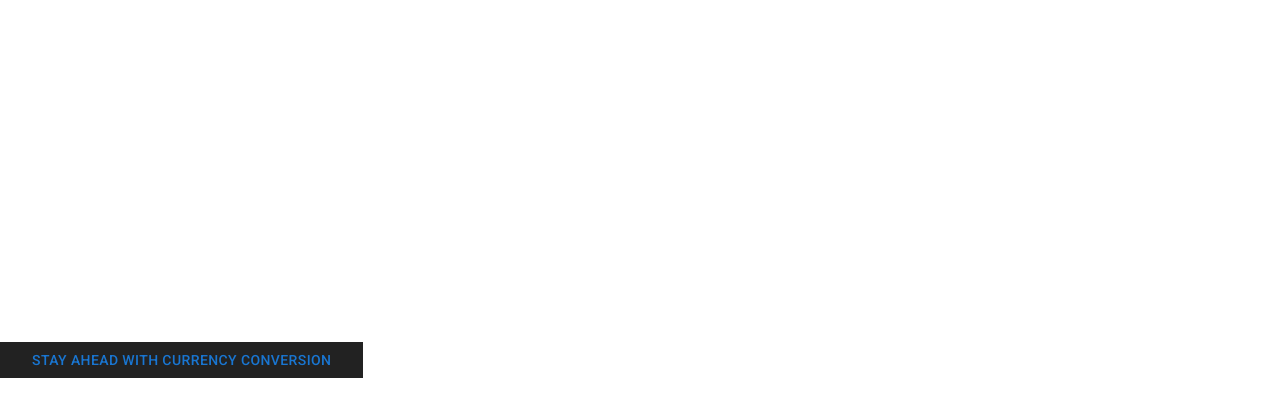
Repository: Asad-devv/CURRENCY
Page: /
The author's editor kept a copy of each file at every save. The page is drawn from the files as they stood at one save, then again after a run of saves.
The browser window is 1280 px wide. The pictures show the whole page.
The project was rebuilt for these pictures with package versions that can differ from the ones it lists, and the page was loaded fresh each time. Also part of the build but not shown: craco.config.js.

Above is the page before, as saved 2023-03-01 20:06:10.

After the next 2 saves:
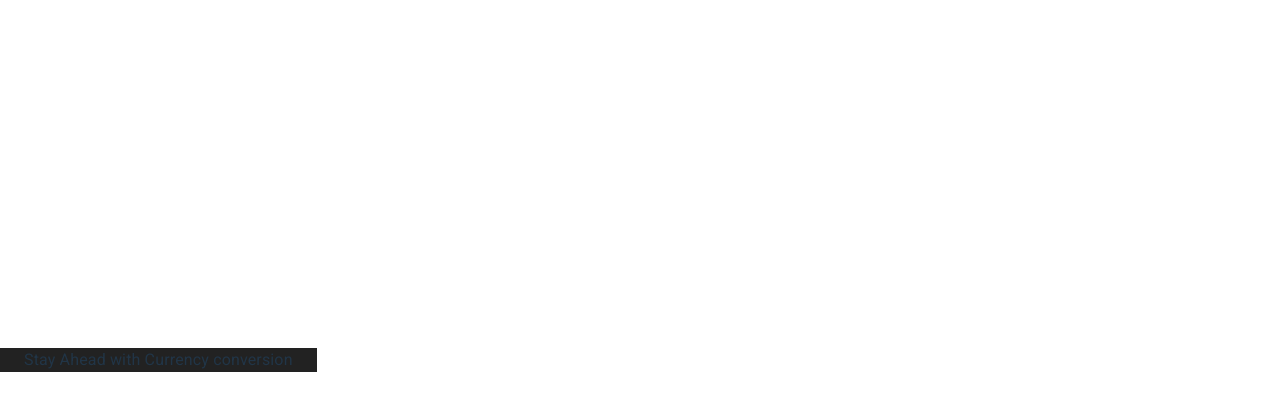
The 2 saves are shown as one change because 1 did not build or start.
The last was saved 14 s later.
--- a/src/App.jsx
+++ b/src/App.jsx
@@ -8,7 +8,7 @@ function App() {
 
   return (
     <Container maxWidth="md" sx={{ background: "#222" }}>
-      <Button>Stay Ahead with Currency conversion</Button>
+      <Typography>Stay Ahead with Currency conversion</Typography>
     </Container>
   );
 }
